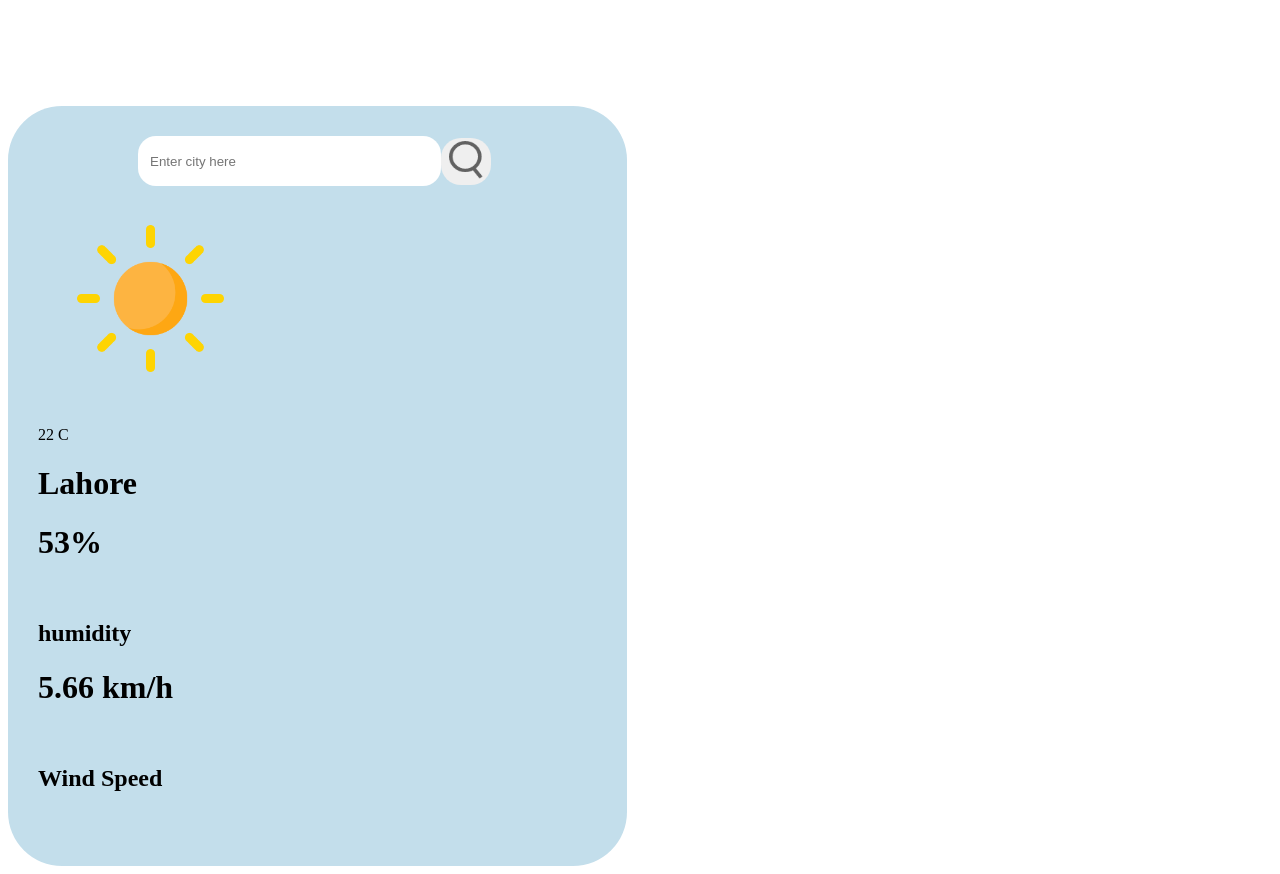
Repository: WajihaGul/Javascripts-Projects
Page: WEATHER APP/index.html
An editor plug-in stored every save of this project. The page is shown before and after the next save, followed by the edit.
The browser window is 1280 px wide. The pictures show the whole page.

Above is the page before, as saved 2024-06-07 15:46:07.
Not found: WEATHER APP/script.js

After the next save:
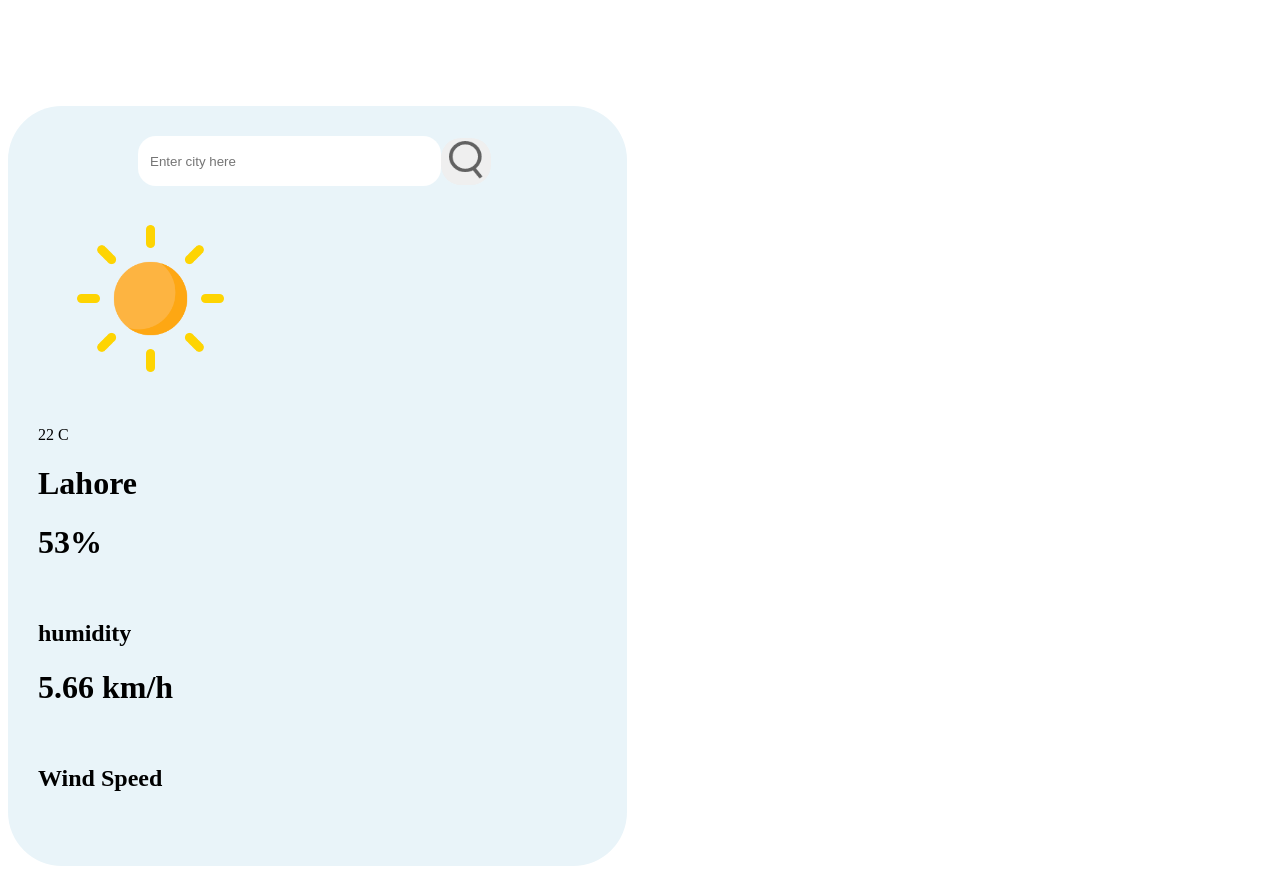
Saved 53 s later.
--- a/WEATHER APP/style.css
+++ b/WEATHER APP/style.css
@@ -1,5 +1,5 @@
 .MainDiv{
-    background-color: #c3deeb;
+    background-color: #e9f4f9;
     /* margin: 0 auto; */
     width: 559px;
     /* display: flex; */
